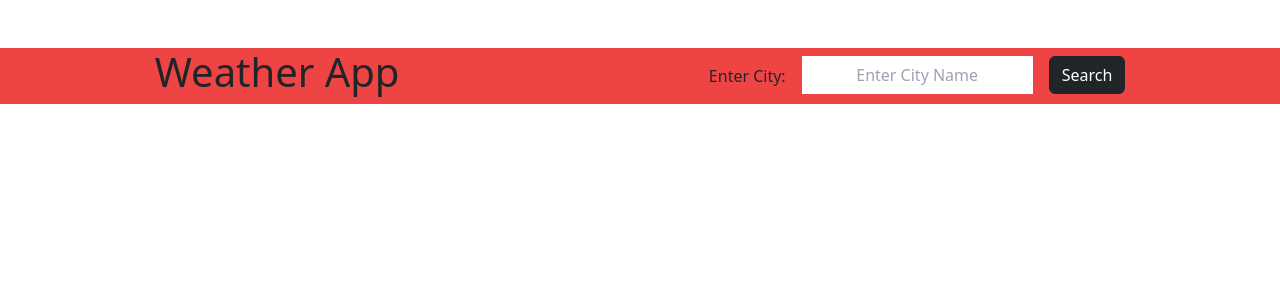
Repository: bhaveshtrades/weatherapp
Page: /
An editor plug-in stored every save of this project. The page is shown before and after the next save, followed by the edit.
The browser window is 1280 px wide. The pictures show the whole page.
The project was rebuilt for these pictures with package versions that can differ from the ones it lists, and the page was loaded fresh each time. Also part of the build but not shown: src/components/DetailedWeather.jsx, src/components/HourlyForecast.jsx.

Above is the page before, as saved 2023-01-25 00:32:00.

After the next save:
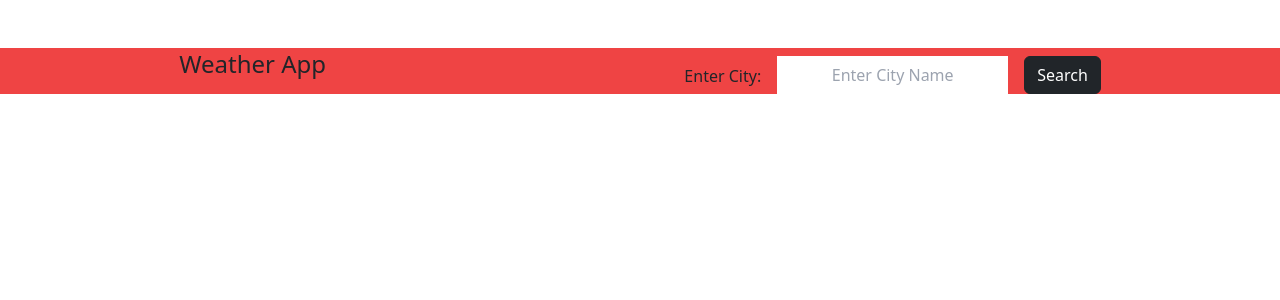
Saved 11 s later.
--- a/src/components/Navbar.jsx
+++ b/src/components/Navbar.jsx
@@ -6,7 +6,7 @@ function Navbar({resultProp, cityProp}){
     <>
     <div className='sm: bg-red-500 flex justify-around mt-12'>
     <div>
-    <h1 className='sm:text-center'>Weather App</h1>
+    <h1 className='sm:text-2xl'>Weather App</h1>
     </div>
     <div className='pt-2'>
     <form role="search" onSubmit={resultProp} className='flex gap-x-4'>
